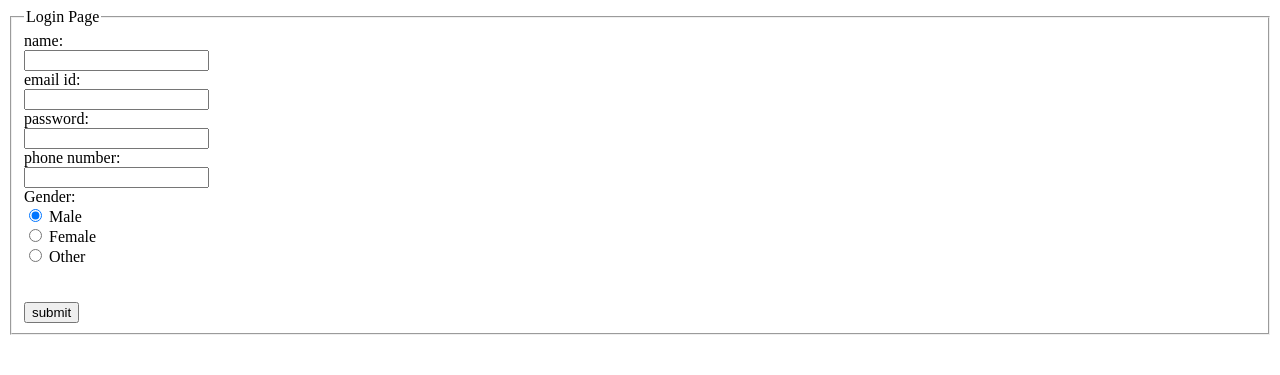
Repository: dhanush199/ServletProject
Page: LoginRegistrationApp/WebContent/index.html
These files come from the project's save history. The page is drawn as it stood at one moment and after the next save; the edit follows.
The browser window is 1280 px wide. The pictures show the whole page.

Above is the page before, as saved 2019-01-22 08:34:46.

### LoginRegistrationApp/WebContent/index.html
<!DOCTYPE html>
<html>
<head>
<meta charset="UTF-8">
<title>Insert title here</title>
</head>
<body>
<form action="login" method="get">
<fieldset>
<legend>Login Page</legend>
name:<br>
<input type="text" name="name"><br>
email id:<br>
<input type="text" name="email"><br>
password:<br>
<input type="password" name="password"><br>
phone number:<br>
<input type="number" name="phoneNumber"><br>
Gender:<br>
<input type="radio" name="gender" value="male" checked> Male<br>
<input type="radio" name="gender" value="female"> Female<br>
<input type="radio" name="gender" value="other"> Other<br><br><br>
<input type ="submit" value="submit">
</fieldset>
</form>
</body>
</html>

After the next save:
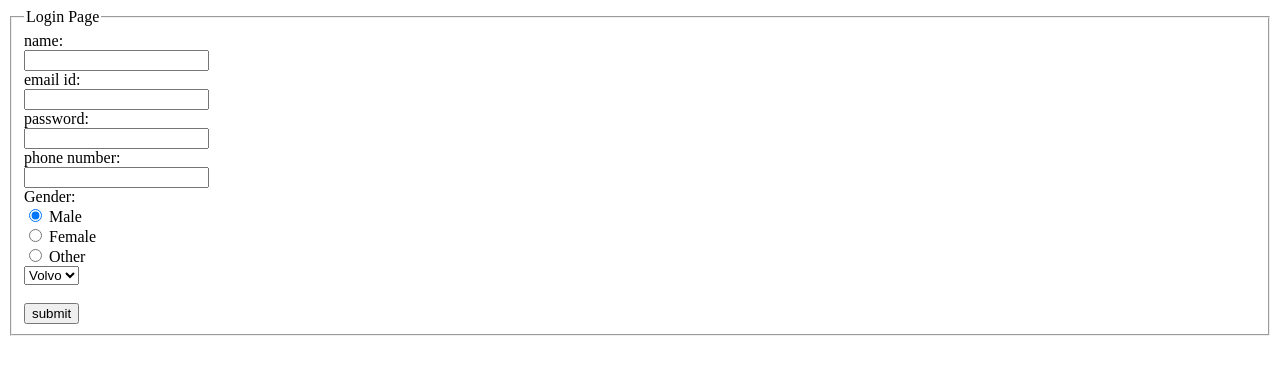
Saved 8 min 22 s later.
--- a/LoginRegistrationApp/WebContent/index.html
+++ b/LoginRegistrationApp/WebContent/index.html
@@ -19,7 +19,13 @@ phone number:<br>
 Gender:<br>
 <input type="radio" name="gender" value="male" checked> Male<br>
 <input type="radio" name="gender" value="female"> Female<br>
-<input type="radio" name="gender" value="other"> Other<br><br><br>
+<input type="radio" name="gender" value="other"> Other<br>
+ <select name="cars">
+  <option value="volvo">Volvo</option>
+  <option value="saab">Saab</option>
+  <option value="fiat">Fiat</option>
+  <option value="audi">Audi</option>
+</select> <br><br>
 <input type ="submit" value="submit">
 </fieldset>
 </form>
